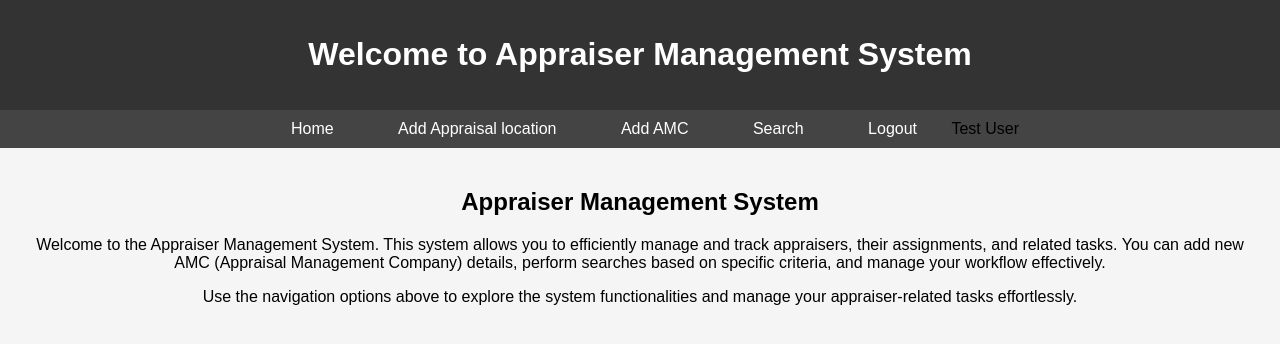
Repository: SaiKumarKota1919/zettamine-sai
Page: http://localhost/appraiser-management-system/home.jsp
The author's editor kept a copy of each file at every save. The page is drawn from the files as they stood at one save, then again after the next save.
The browser window is 1280 px wide. The pictures show the whole page.
The page is served by Tomcat 10. The session is filled in as if someone had signed in: {"userName": "Test User"}. Other server files are loaded and not shown.

Above is the page before, as saved 2023-12-30 03:49:55.

### project-ams/appraiser-management-system/src/main/webapp/home.jsp
<%@ page language="java" contentType="text/html; charset=ISO-8859-1"
    pageEncoding="ISO-8859-1"%>
     <%@ taglib prefix="c" uri="http://java.sun.com/jsp/jstl/core" %>
<!DOCTYPE html>
<html lang="en">
<head>
  <meta charset="UTF-8">
  <title>Home Page</title>
<link rel="stylesheet" href="css/home.css">
</head>
<body>
  <header>
    <h1>Welcome to Appraiser Management System</h1>
  </header>

  <nav>

    <a href="home.html">Home</a>
	<a href="add-appraisal-loc.html">Add Appraisal location</a>
    <a href="add_amc.html">Add AMC</a>
    <a href="search.html">Search</a>

    <a href="#">Logout </a>
    <c:if test="${userName!=null}">
    <%
    	out.print(session.getAttribute("userName"));%>
    </c:if>

  </nav>

  <div class="content">
    <h2>Appraiser Management System</h2>
    <p>Welcome to the Appraiser Management System. This system allows you to efficiently manage and track appraisers, their assignments, and related tasks. You can add new AMC (Appraisal Management Company) details, perform searches based on specific criteria, and manage your workflow effectively.</p>
    <p>Use the navigation options above to explore the system functionalities and manage your appraiser-related tasks effortlessly.</p>
  </div>
</body>
</html>

### project-ams/appraiser-management-system/src/main/webapp/css/home.css
 body {
      margin: 0;
      font-family: Arial, sans-serif;
      background-color: #f5f5f5;
    }

    header {
      background-color: #333;
      color: #fff;
      padding: 15px 0;
      text-align: center;
    }

    nav {
      background-color: #444;
      padding: 10px 0;
      text-align: center;
    }

    nav a {
      color: #fff;
      text-decoration: none;
      padding: 8px 20px;
      margin: 0 10px;
      border-radius: 5px;
      transition: background-color 0.3s ease;
    }

    nav a:hover {
      background-color: #555;
    }

    .content {
      padding: 20px;
      text-align: center;
    }

After the next save:
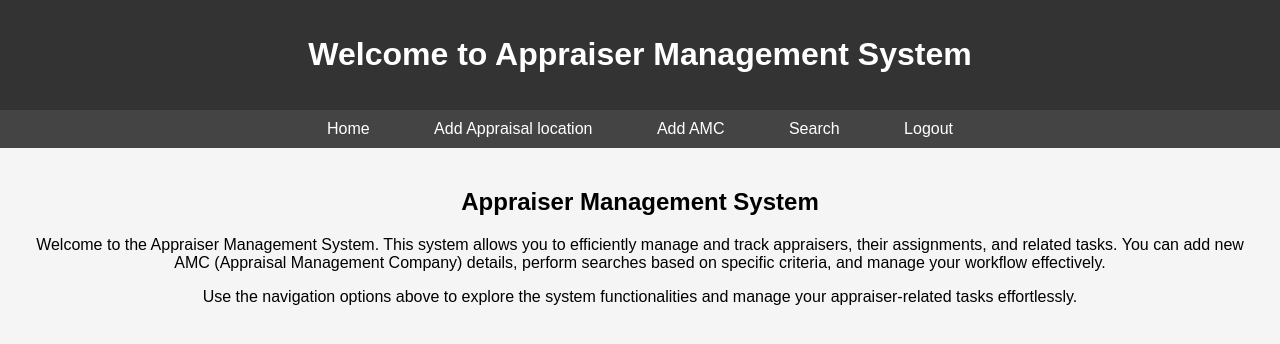
Saved 2 min 27 s later.
--- a/project-ams/appraiser-management-system/src/main/webapp/home.jsp
+++ b/project-ams/appraiser-management-system/src/main/webapp/home.jsp
@@ -21,10 +21,6 @@
     <a href="search.html">Search</a>
 
     <a href="#">Logout </a>
-    <c:if test="${userName!=null}">
-    <%
-    	out.print(session.getAttribute("userName"));%>
-    </c:if>
 
   </nav>
 
